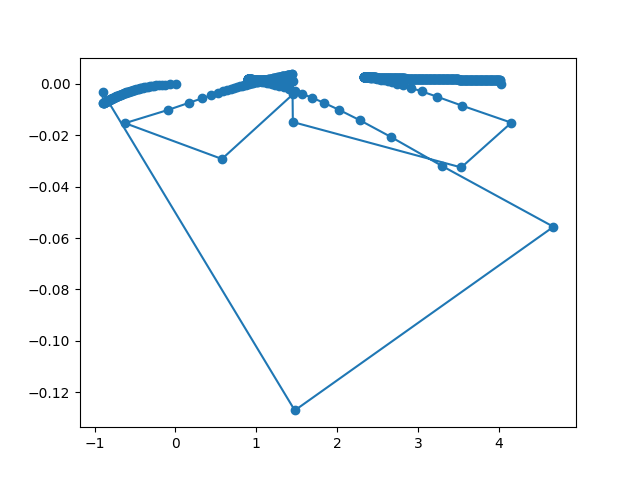
Repository: leiradom/Modified-linear-theory
Script's output: python Ffunction.py
The author's editor kept a copy of each file at every save. The script's output is drawn from the files as they stood at one save, then again after the next save.
Each picture stacks the figures in order, with grey between them; figures that are only written to a file come last. Random numbers start from a fixed seed.

Above is the script's output before, as saved 2021-04-17 23:27:03.

After the next save:
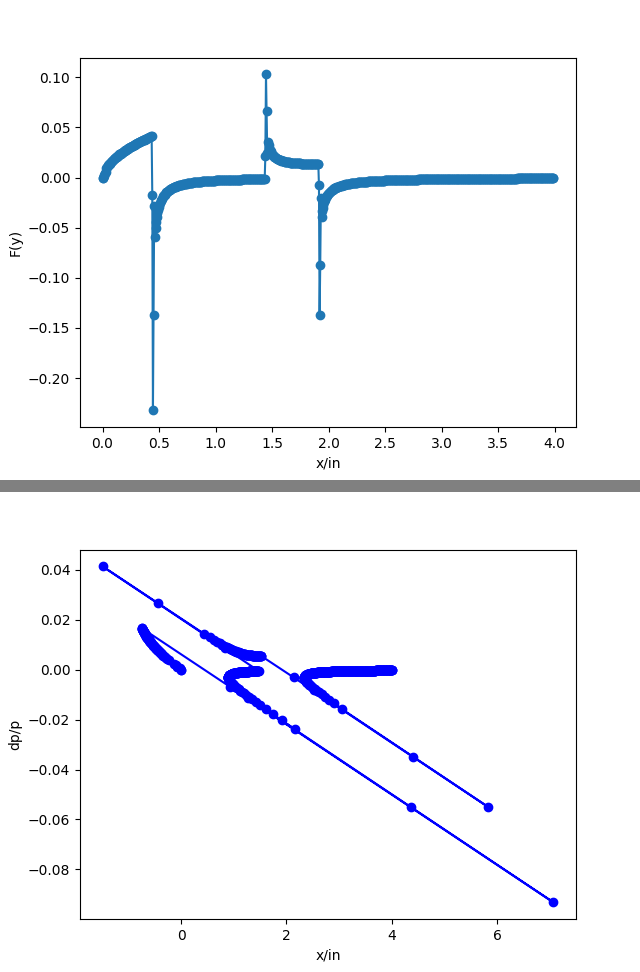
Saved 11 s later.
--- a/Ffunction.py
+++ b/Ffunction.py
@@ -1,51 +1,100 @@
-'''
-激波修正
-本程序用于修正激波的非线性扭曲效应，修正方法为HB方法
-'''
+#本程序实现求解无升力构型的F函数
+#同时求解出未经修正的压力信号
+#F函数是无量纲的
 
 import math
 import numpy as np
 import matplotlib.pyplot as plt
 
-pressure = np.loadtxt("pressuremodel1.txt",dtype=np.float64)   #存放未修正的压力信号
-a = len(pressure)                                              #未加点时的点数
 
-X = np.ones(a,dtype=np.float64)     #存放x的数组 用于加点用的横坐标数组
-Y = np.ones(a,dtype=np.float64)     #存放y的数组 用于加点用的纵坐标数组
-b0 = 50                             #每一个 较大的距离之间增加的点数
-x0 = np.zeros(b0+1,dtype=np.float64)
-y0 = np.zeros(b0+1,dtype=np.float64)
+M = 1.26                    #输入马赫数
+P0 = 101325                 #输入大气静压
+gama = 1.4                  #比热比
+B = math.sqrt(M * M - 1)    #修正因子
+k = (1 / math.sqrt(2)) * (gama + 1) * M**4 * B**(-1.5)   #特征性系数k
+r0 = 20                      #r0为计算的位置  DWB为63.072  model1为20 2、3为10
+con = (gama * M**2)/(math.sqrt(2 * B * r0))   #最后用来求压力的
 
-#先将未修正压力信号存入X,Y中
+volume = np.loadtxt("se.txt",dtype=np.float64)   #存放体积分布的数据文件
+#Lift = np.loadtxt("volume.txt",dtype=np.float64)    #存放升力分布的数据文件
+#cau = np.loadtxt("cauchy.txt",dtype=np.float64)      #积分含有哑元的存放
+
+a = len(volume)        #a为b的长度
+#print(a)              #检查文件长度
+
+X = np.ones(a)     #存放x的数组
+Y = np.ones(a)     #存放y的数组
+Y0 = np.ones(a)    #存放含哑元的表达式的值
+
+
+#提取体积分布数据中的两列数据
 for i in range(0,a):
-    c = pressure[i][0]
-    d = pressure[i][1]
+    c = volume[i][0]
+    d = volume[i][1]
     #ca = cau[i][1]
     X[i] = c
     Y[i] = d
+    #Y0[i] = ca
+
+#print(X)
+#print(Y)
+
+#通过变上限积分求解F函数，积分使用梯形公式
+F = np.ones(a, dtype=np.float64)   #产生一个长度为a的初始化数组
+X1 = np.ones(a, dtype=np.float64)
+delta_P = np.ones(a, dtype=np.float64)
+X1[0] = 0.0        #强制F的第一个值为0
+delta_P[0] = 0.0   #强制F的第一个值为0
+F[0] = 0.0         #强制F的第一个值为0
 
 
+for i in range(1,a):
+    #----内层积分，积到x----#
+    s = 0
+    A = np.zeros(i)
+    for j in range(0,i):
+        if (j < i-1):
+            A[j] = (Y[j+1] * (1 / math.sqrt(X[i]-X[j+1])) + Y[j] * (1 / math.sqrt(X[i]-X[j]))) \
+            * (X[j + 1] - X[j]) / (2)
+            s = A[j] + s
+        if((j == i-1)and(i>5)):
+            s = s + 2 * A[i-2] - A[i-3]
+    #------------------#
+    F[i] = (1/(2 * math.pi)) * s
+    #求dp/p的值
+    delta_P[i] = con * F[i]
+    #扭曲后的x的值为x1
+    X1[i] = (B * r0 - k * F[i] * math.sqrt(r0) + X[i])
+    #print(X[i],F[i])
+    #print(X1[i]-B * r0,delta_P[i])
 
-#-------积分部分----------
-F = np.ones(a, dtype=np.float64)
-F[0] = 0
-F[a-1] = 0
-s = 0
-for i in range(0,a-1):
-    #if(X[i+1]>X[i]):
-    s0 = 0.5 * (X[i+1] - X[i]) * (Y[i+1] + Y[i])
-    #s0 = (((Y0[j+1] + Y0[j]) * (X[j + 1] - X[j])) / (2))    #第(j+1)个梯形的面积
-    s = s0 + s    #S为最后的积分
-    F[i] = s
-    #if(X[i+1]<X[i])
-#------积分部分-----------
+
+#将计算结果输出
+
+
+#绘制F函数的图像
+plt.plot(X, F,'-o')
+plt.xlabel("x/in")
+plt.ylabel('F(y)')
+plt.show()
 
 
 
 
+X0 = np.zeros(a)
+for i in range(1,a):
+    X0[i] = X1[i] - B * r0
+
+#绘制未修正的过压的图像
+plt.plot(X0, delta_P,'-o',c='b')
+plt.xlabel("x/in")
+plt.ylabel('dp/p')
+plt.show()
 
 
 
-#积分图像作图
-plt.plot(X,F,'-o')
-plt.show()
+for i in range(1,a):
+    print(X0[i],delta_P[i])
+
+#delta_P = np.ones[a]    #储存过压的数组
+#delta_P[i] = P0 * ((gama * M * M)/(math.sqrt(2 * B * r0))) * F[i]
